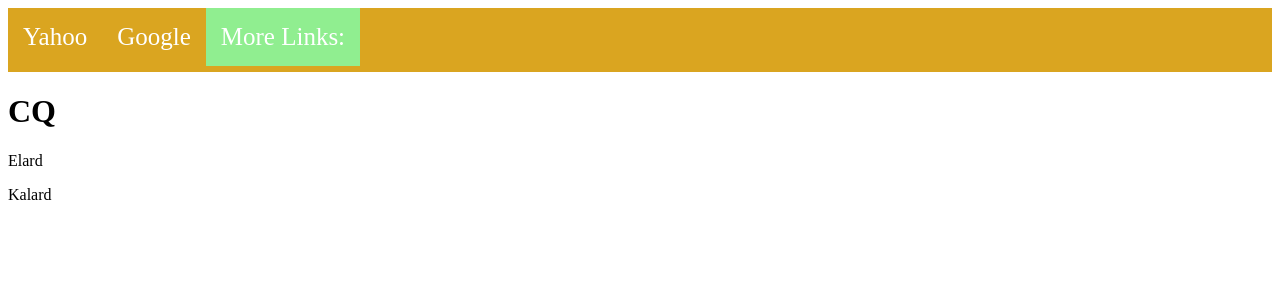
Repository: Coli-Pixel/Coli-Pixel.github.io
Page: index.html
The author's editor kept a record of every edit. The page is drawn from the files as they stood at one moment, then again after the next edit.
The browser window is 1280 px wide. The pictures show the whole page.

Above is the page before.

### index.html
<!DOCTYPE html>
<html>
<head>
    <title>Game</title>
    <style>
        .navbar{
            background-color: goldenrod;
            width: 100%;
            height: 64px;
        }
                .navbar a{
            color: white;
            font-size: 25px;
            text-decoration: none;
            padding:15px;
            float:left;
        }
        .morelinks{
            color: white;
            font-size: 25px;
            text-decoration: none;
            padding:15px;
        }
        .navbar a:hover, .morelinks:hover{
            background-color:Lightblue;
        }
        .dropdown:hover .dropdown-content{
            display:block;
        }
        .dropdown-content{
            position: absolute;
            z-index: 2;
            display: none;
        }
        .dropdown{
            background-color:lightgreen;
            color: white;
            float: left;
            text-decoration: none;
            font-size: 25px;
        }
        .dropdown-content a{
            float: none;
            display: block;
            padding-left: 41.5px;
            padding-right: 41.5px;
            background-color: black;
        }
    </style>
</head>
<body>
    <div class="navbar">
        <a href="https://www.yahoo.com">Yahoo</a>
        <a href="https://www.google.com">Google</a>
        <div class="dropdown">
            <div class="morelinks">
                More Links:
            </div>
            <div class="dropdown-content">
                <a href="https://www.bing.com">Bing</a>
                <a href="https://www.serebii.net">Serebii</a>
                <a href="https://pokemonshowdown.com">Showdown</a>
            </div>
        </div>
    </div>

    <h1>CQ</h1>
    <p>Elard</p>
    <p>Kalard</p>
</body>
</html>

After the next edit:
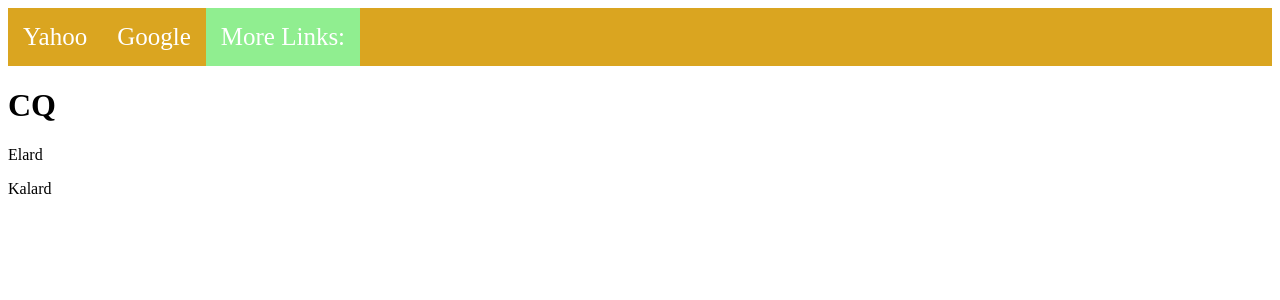
The edit:
--- a/index.html
+++ b/index.html
@@ -5,8 +5,7 @@
     <style>
         .navbar{
             background-color: goldenrod;
-            width: 100%;
-            height: 64px;
+            overflow: hidden;
         }
                 .navbar a{
             color: white;
